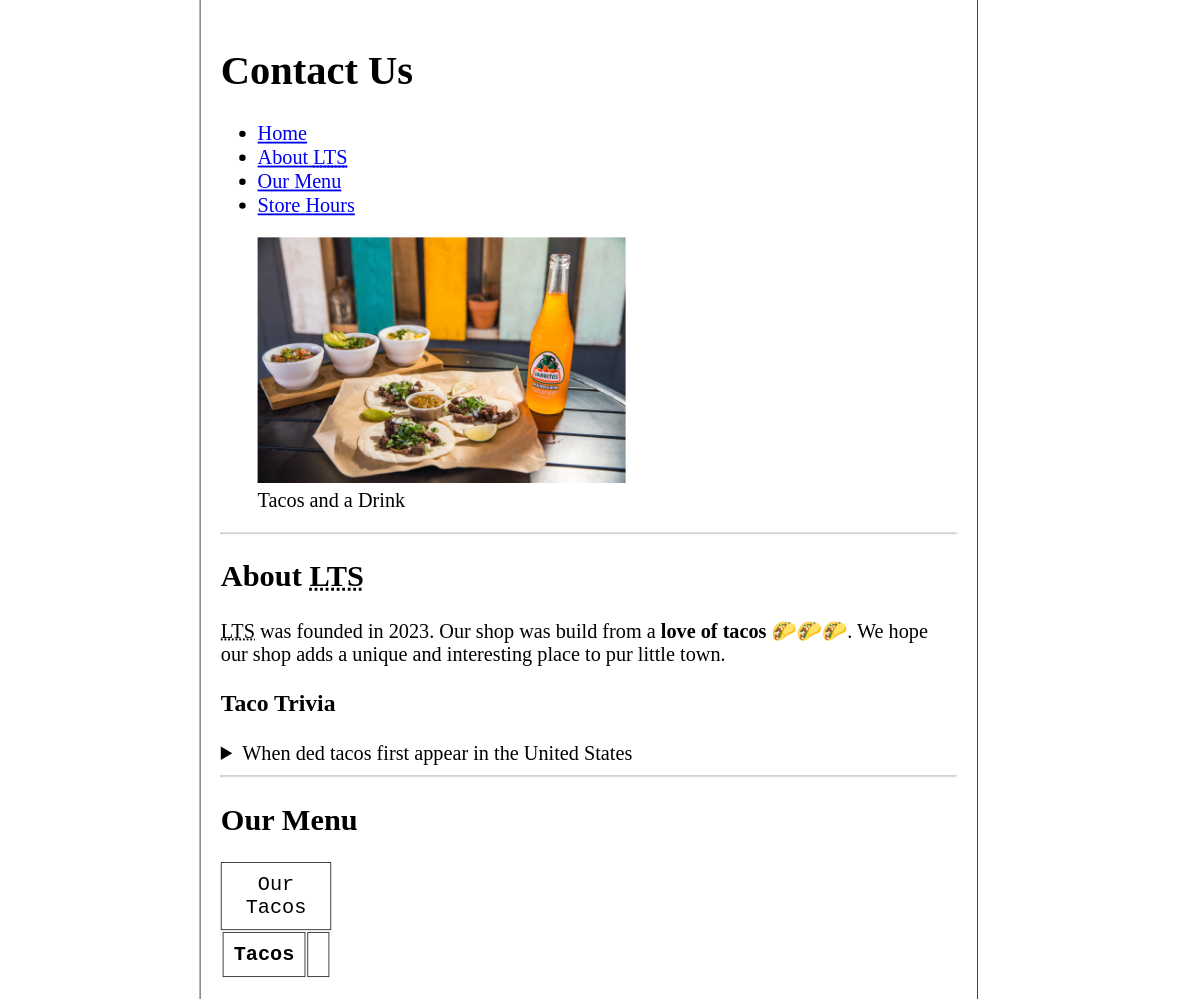
Repository: JavaProgrammerFromEastEurope/project-html-full-tutorial
Page: 10_lesson/contact.html
These files come from the project's save history. The page is drawn as it stood at one moment and after a run of saves; the edit follows.
The browser window is 1280 px wide. The pictures show the whole page, at 92% of full size.

Above is the page before, as saved 2023-04-07 05:25:59.

### 10_lesson/contact.html
<!DOCTYPE html>
<html lang="en">
  <head>
    <meta charset="UTF-8" />
    <meta name="author" content="Dave Gray" />
    <meta
      name="description"
      content="Contact information for The Little Taco Shop"
    />
    <title>Contact Us - LTS</title>
    <link rel="icon" href="favicon.ico" type="image/x-icon" />
    <link rel="stylesheet" href="css/style.css" />
  </head>

  <body>
    <header>
      <h1>Contact Us</h1>
      <nav>
        <ul>
          <li><a href="/">Home</a></li>
          <li>
            <a href="/#about"
              >About <abbr title="The Little Taco Shop">LTS</abbr></a
            >
          </li>
          <li><a href="/#menu">Our Menu</a></li>
          <li><a href="hours.html">Store Hours</a></li>
        </ul>
      </nav>
      <figure>
        <img
          src="./assets/img/tacos_and_drink_400x267.png"
          alt="Tacos and a Drink"
          title="We love tacos!"
          width="400"
          height="267"
        />
        <figcaption>Tacos and a Drink</figcaption>
      </figure>
    </header>
    <hr />
    <main>
      <article id="about">
        <h2>About <abbr title="The Little Taco Shop">LTS</abbr></h2>
        <p>
          <abbr title="The Little Taco Shop">LTS</abbr> was founded in
          <time datetime="2023">2023</time>. Our shop was build from a
          <strong>love of tacos </strong> 🌮🌮🌮. We hope our shop adds a unique
          and interesting place to pur little town.
        </p>
        <aside>
          <h3>Taco Trivia</h3>
          <details>
            <summary>When ded tacos first appear in the United States</summary>
            <p>
              Jeffrey M. Pilcher, taco historian and professor of history at the
              University of Minnesota, says the earliest mention of tacos in thr
              Unites States are in a newspaper from
              <time datetime="1905">1905</time>. (Source:
              <cite
                ><a
                  href="https://www.smithsonianmag.com/arts-culture/where-did-the-taco-come-from-81228162/"
                  target="_blank"
                  >Smithsonian Magazine</a
                ></cite
              >)
            </p>
          </details>
        </aside>
      </article>
			<hr>
			<article id="menu">
				<h2>Our Menu</h2>
				<table>
					<caption>Our Tacos</caption>
					<thead>
						<tr>
							<th>Tacos</th>
							<th scope="col"><addr title="Quantity"></addr></th>
						</tr>
					</thead>
				</table>
			</article>
    </main>
  </body>
</html>

### 10_lesson/css/style.css
html {
	font-size: 22px;
}

body {
	min-height: 100vh;
	max-width: 800px;
	margin: 0 auto;
	padding: 1rem;
	border-left: 1px solid #333;
	border-right: 1px solid #333;
}

th, td, caption {
	border: 1px solid #333;
	font-family: 'Courier New', Courier, monospace;
	border-collapse: separate;
	padding: 0.5rem;
}

After the next 3 saves:
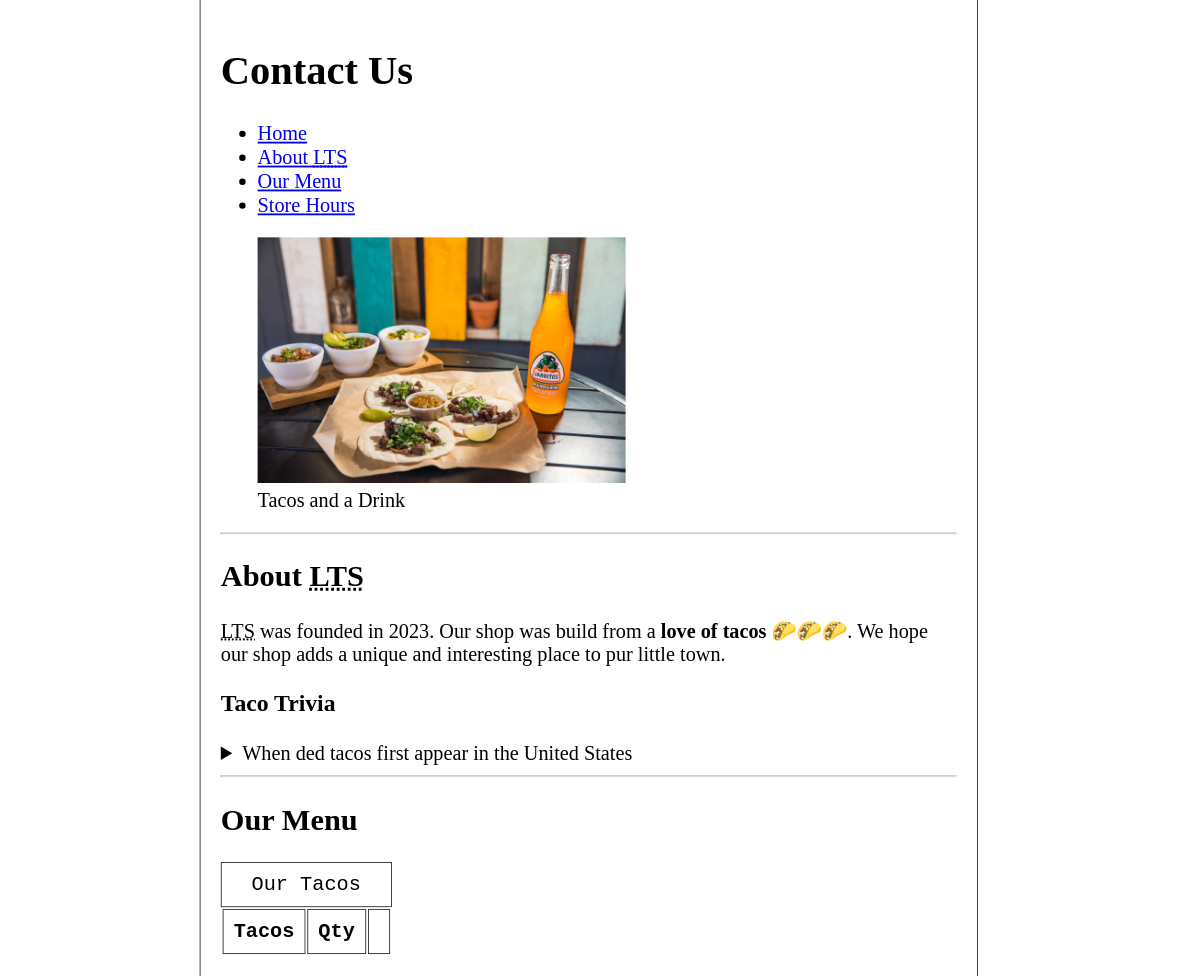
The 3 saves are shown as one change because they came seconds apart.
The last was saved 9 s later.
--- a/10_lesson/contact.html
+++ b/10_lesson/contact.html
@@ -76,7 +76,8 @@
 					<thead>
 						<tr>
 							<th>Tacos</th>
-							<th scope="col"><addr title="Quantity"></addr></th>
+							<th scope="col"><addr title="Quantity">Qty</addr></th>
+							<th></th>
 						</tr>
 					</thead>
 				</table>
